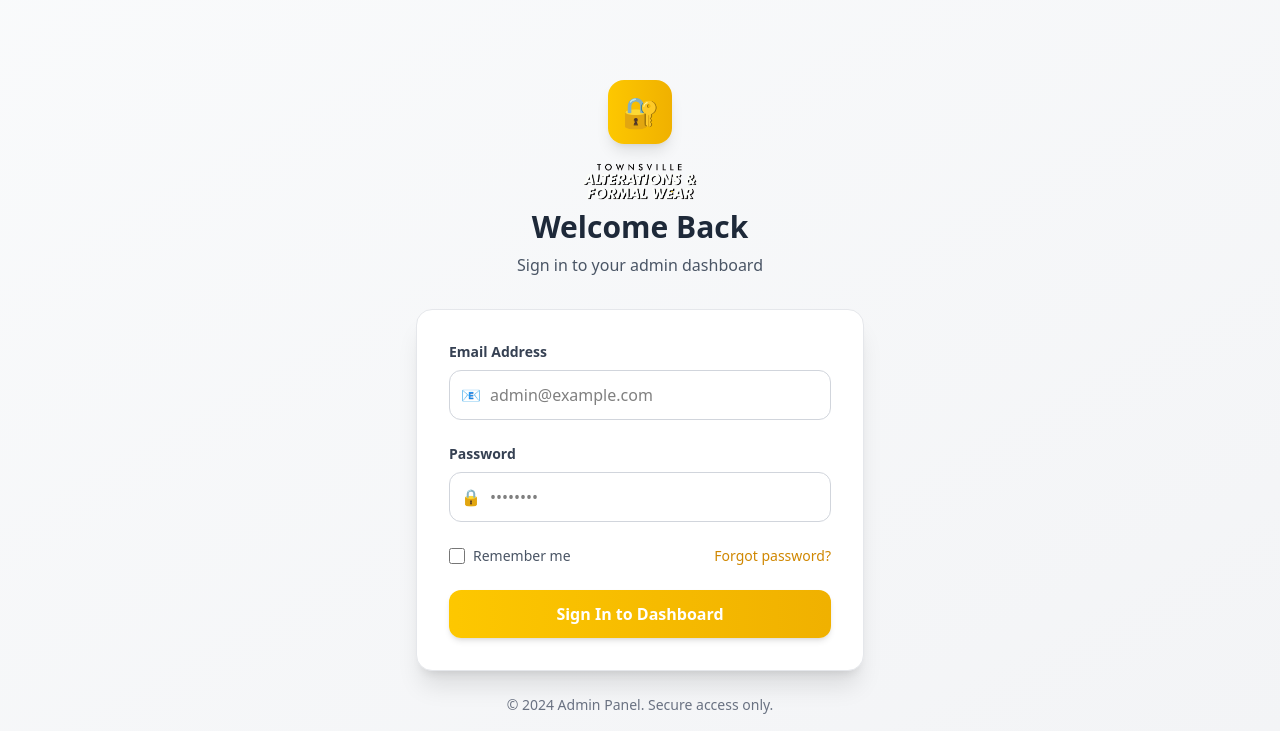
Repository: tarekhasan1/townsville-alteration
Page: /admin-dashboard
An editor plug-in stored every save of this project. The page is shown before and after the next save, followed by the edit.
The browser window is 1280 px wide. The pictures show the whole page.
The page's requests for data from a server got no answer. The project was rebuilt for these pictures with package versions that can differ from the ones it lists, and the page was loaded fresh each time. The framework's server and built-in components were replaced by stand-ins that run in the browser. No one was signed in, and anything a server would have sent is missing. Also part of the build but not shown: next.config.ts, src/components/Navbar.tsx, src/components/ContactSection.tsx, src/components/DevelopedBy.tsx, src/app/admin-dashboard/Sidebar.tsx, src/app/admin-dashboard/DashboardHeader.tsx, src/app/admin-dashboard/UploadSection.tsx, src/app/admin-dashboard/ImageGrid.tsx and 2 more.

Above is the page before, as saved 2026-01-21 05:08:04.

After the next save:
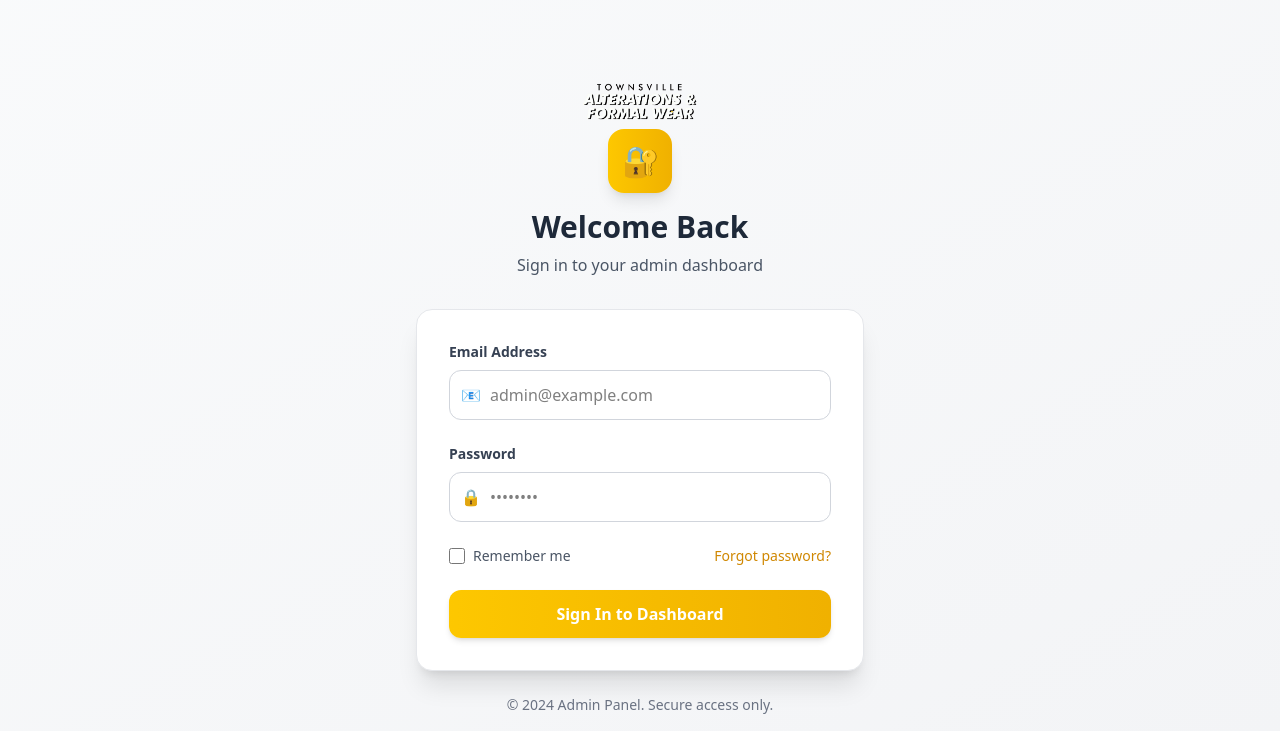
Saved 23 s later.
--- a/src/app/admin-dashboard/AdminLogin.tsx
+++ b/src/app/admin-dashboard/AdminLogin.tsx
@@ -59,13 +59,13 @@ export default function AdminLogin({ onLoginSuccess }: { onLoginSuccess: () => v
   return (
     <div className="min-h-screen pt-[80px] flex items-center justify-center bg-gradient-to-br from-gray-50 to-gray-100 p-4">
       <div className="w-full max-w-md">
+        <div className='flex flex-col items-center justify-center'>
+                          <Image src="/logo.png" alt="Logo" width={120} height={50} className="mb-2" />
+                      </div>
         <div className="text-center mb-8">
           <div className="inline-flex items-center justify-center w-16 h-16 rounded-2xl bg-gradient-to-r from-yellow-400 to-yellow-500 mb-4 shadow-lg">
             <span className="text-3xl">🔐</span>
           </div>
-          <div className='flex flex-col items-center justify-center'>
-                          <Image src="/logo.png" alt="Logo" width={120} height={50} className="mb-2" />
-                      </div>
           <h1 className="text-3xl font-bold text-gray-800">Welcome Back</h1>
           <p className="text-gray-600 mt-2">Sign in to your admin dashboard</p>
         </div>
